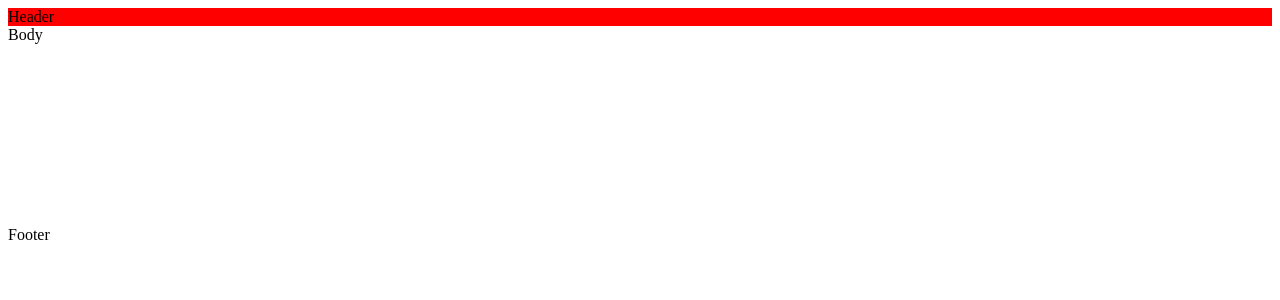
Repository: Kazumi-pro/samurai-HTML-CSS
Page: about.html
The author's editor kept a record of every edit. The page is drawn from the files as they stood at one moment, then again after the next edit.
The browser window is 1280 px wide. The pictures show the whole page.

Above is the page before.

After the next edit:
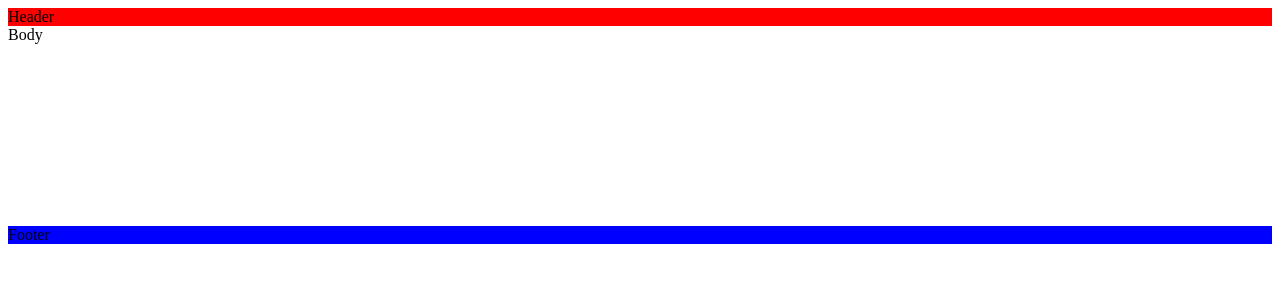
The edit:
--- a/about.html
+++ b/about.html
@@ -21,8 +21,8 @@
     <div class="size">
         Body
     </div>
-    <footer>
+    <div id="footer">
         Footer
-    </footer>
+    </div>
 </body>
 </html>
